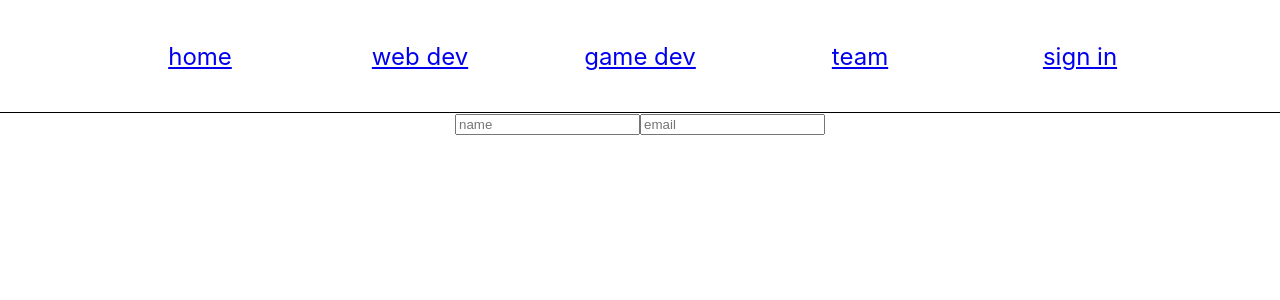
Repository: romAtam/5778
Page: /signin
The author's editor kept a copy of each file at every save. The page is drawn from the files as they stood at one save, then again after the next save.
The browser window is 1280 px wide. The pictures show the whole page.
The project was rebuilt for these pictures with package versions that can differ from the ones it lists, and the page was loaded fresh each time. Also part of the build but not shown: src/Pages/Home.js, src/Pages/Game.js, src/Pages/Web.js, src/Pages/Team.js, src/Pages/User.js.

Above is the page before, as saved 2021-12-11 21:45:57.

### src/index.js
import React from 'react';
import ReactDOM from 'react-dom';
import './index.css';
import App from './App';

import {BrowserRouter as Router} from "react-router-dom"
ReactDOM.render(
  <React.StrictMode>
    <Router>
       <App />
    </Router>

  </React.StrictMode>,
  document.getElementById('root')
);

### src/App.js

import './App.css';
import Nav from './Nav'
import {Routes,Route,useParams} from "react-router-dom"
import Home from "./Pages/Home"
import Game from "./Pages/Game"
import Web from "./Pages/Web"
import Team from "./Pages/Team"
import Signin from "./Pages/Signin"
import User from "./Pages/User"
function App() {
  return (
    <div className="App">
<Nav/>
<Routes>
  <Route path="/" element={<Home/>}/>
  <Route path="/game" element={<Game/>}/>
  <Route path="/web" element={<Web/>}/>
  <Route path="/team" element={<Team/>}>
      <Route path=":id" element={<User/>}/>
  </Route>

  <Route path="/signin" element={<Signin/>}/>
</Routes>



    </div>
  );
}




export default App;

### src/Nav.js
import React from 'react'
import{Link} from "react-router-dom"
import styled from "styled-components"

const NavContainer=styled.div`
display: grid;
grid-gap:20px;
justify-content:center;
align-items:center;
height:80px;
font-size:1.5rem;
padding:1rem 2rem;
border-bottom: 1px solid #000;
grid-template-columns: repeat(5,minmax(100px,200px));
@media (max-width: 768px){
    grid-template-columns: 1fr;
    height:100vh;
    max-height:800px ;
}

`
const Nav = () => {



    return (
        <NavContainer>
               <Link to="/">home</Link>
               <Link to="/web">web dev</Link>
               <Link to="/game">game dev</Link>
               <Link to="/team">team</Link>
               <Link to="/signin">sign in</Link>
        </NavContainer>
    )
}

export default Nav

### src/Pages/Signin.js
import React from 'react'

const Signin = () => {
    return (
        <div>
 <input type="text" placeholder="name"/>
 <input type="email" placeholder="email"/>
        </div>
    )
}

export default Signin

Loaded but not shown: public/index.html (common file); src/index.css (common file); src/App.css (common file)

After the next save:
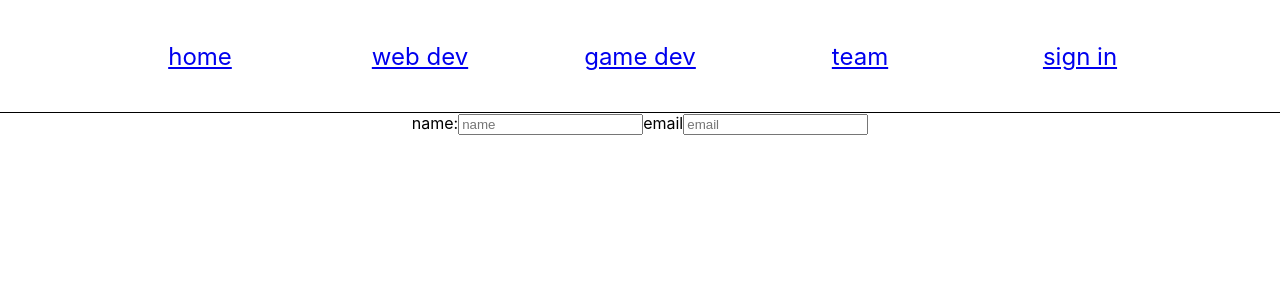
Saved 2 min 7 s later.
--- a/src/Pages/Signin.js
+++ b/src/Pages/Signin.js
@@ -3,8 +3,13 @@ import React from 'react'
 const Signin = () => {
     return (
         <div>
- <input type="text" placeholder="name"/>
+            <form action="">
+                <label htmlFor="name">name:</label>
+                 <input type="text" placeholder="name"/>
+                 <label htmlFor="email">email</label>
  <input type="email" placeholder="email"/>
+            </form>
+
         </div>
     )
 }
